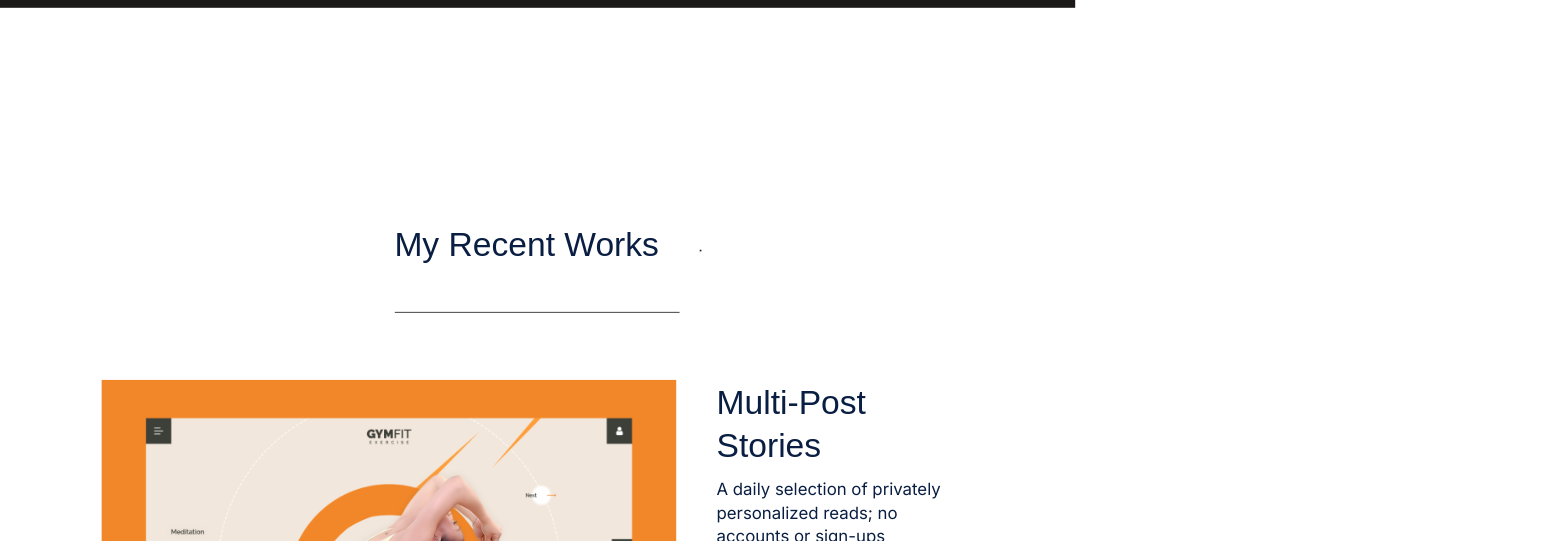
Repository: camilevahviraki/Portfolio
Page: index.html
An editor plug-in stored every save of this project. The page is shown before and after the next save, followed by the edit.
The browser window is 1280 px wide. The page is 1853 px wide, so the pictures cover 1853 px, including what lies to the right of the window. The pictures show the part of the page from y = 711 to 1355 px (the page is 4818 px tall), at 84% of full size.
Pictures or frames that could not be fetched are drawn as grey boxes. Some web fonts or font styles are not loaded; a fallback is used.

Above is the page before, as saved 2022-03-25 09:30:32.

After the next save:
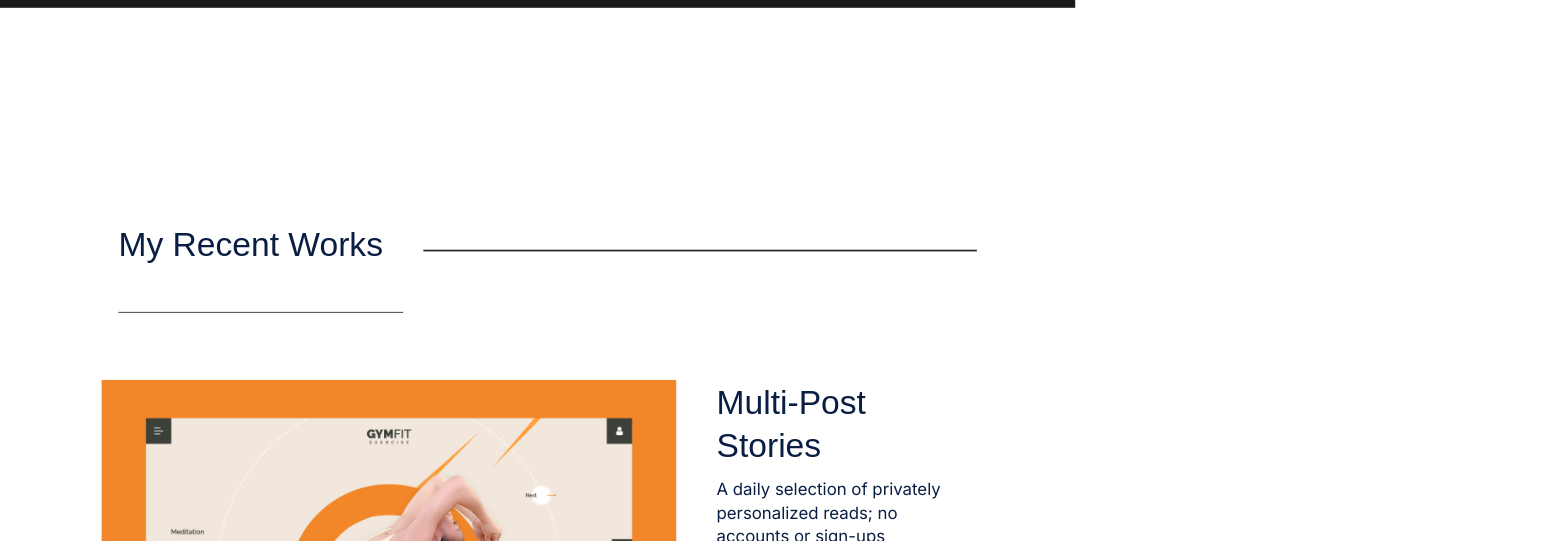
Saved 4 min 22 s later.
--- a/style_desktop.css
+++ b/style_desktop.css
@@ -170,7 +170,7 @@ h3 {
 }
 
 .yellow_line {
-  width: calc()
+  width: calc(100vw - 623px);
   height: 0;
   border: 1px solid #212121;
 }
